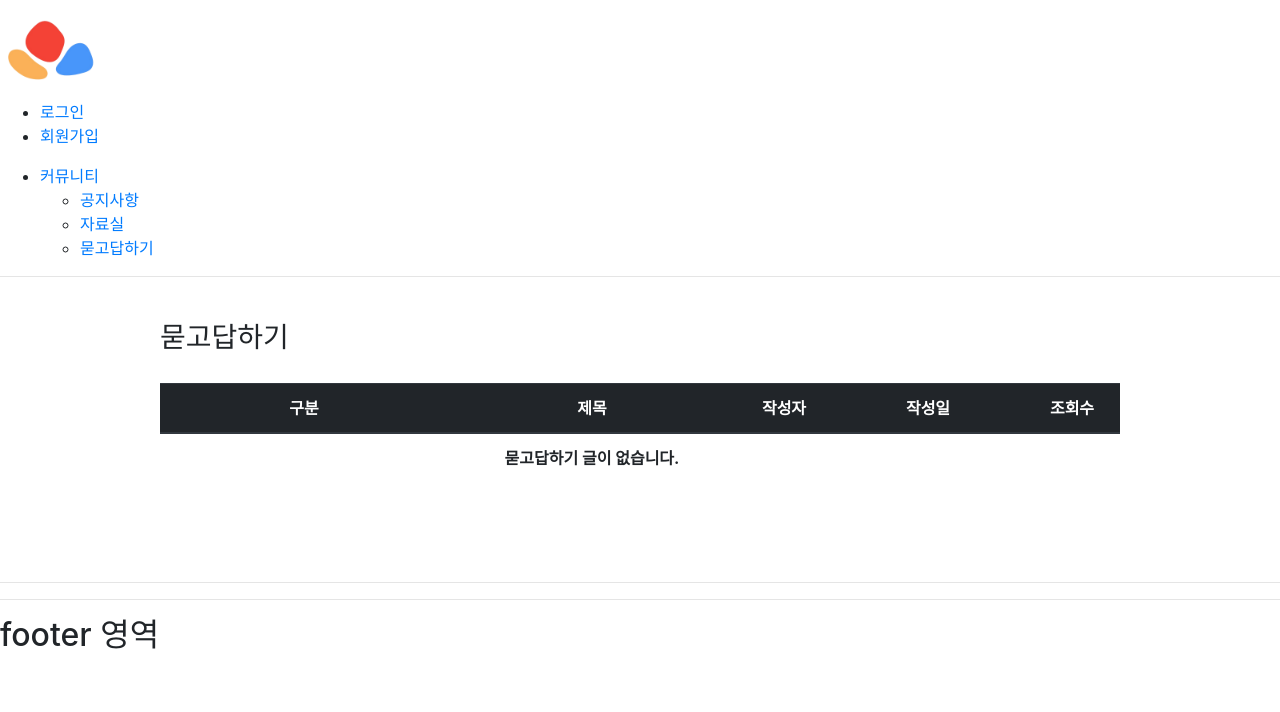
Repository: rnjsmj/pro01
Page: http://localhost/pro01/qna/qnaList.jsp
The author's editor kept a copy of each file at every save. The page is drawn from the files as they stood at one save, then again after the next save.
The browser window is 1280 px wide. The pictures show the whole page.
The page is served by Tomcat 9. Nobody is signed in. The application's start-up code is not run. The template is opened directly, without the code that normally fills it, so the values that code supplies are empty.

Above is the page before, as saved 2024-04-13 08:27:23.

After the next save:
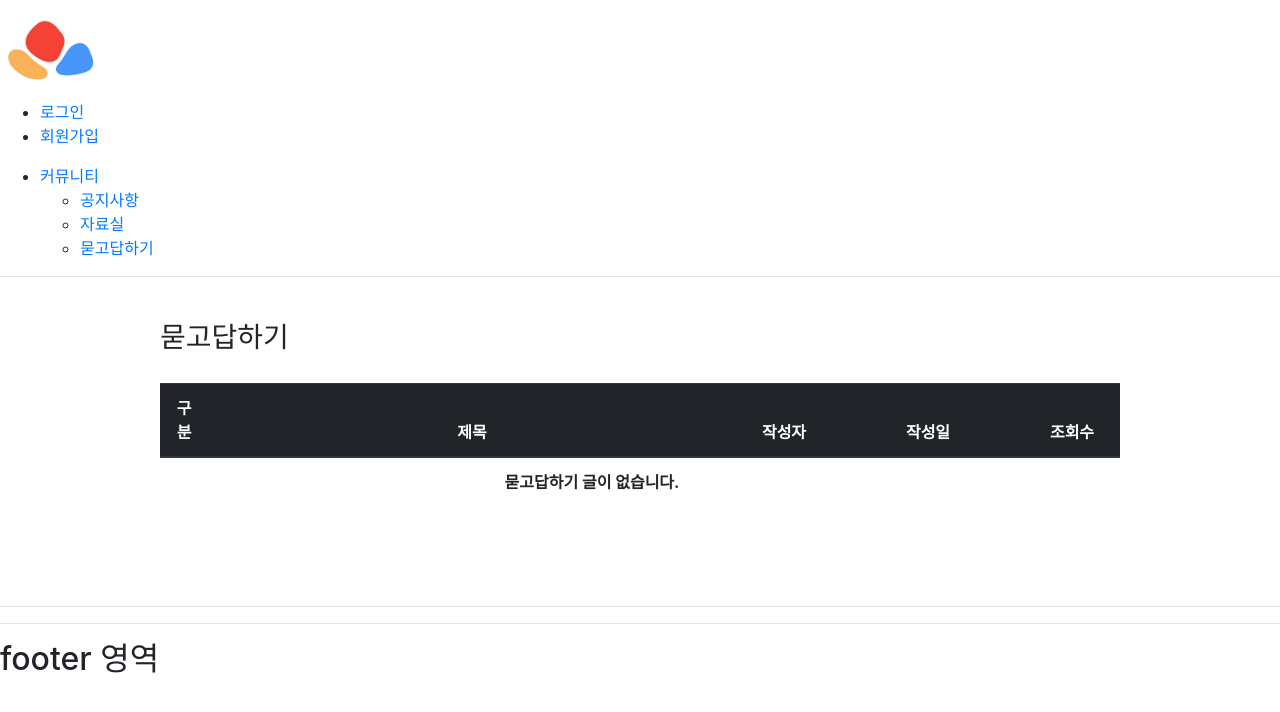
Saved 98 s later.
--- a/pro01/WebContent/qna/qnaList.jsp
+++ b/pro01/WebContent/qna/qnaList.jsp
@@ -19,7 +19,7 @@
 	.table {text-align:center; width:960px; margin: 0 auto; min-width:864px;}
 	.buttons { text-align:right; width:960px; margin : auto;}
 	.buttons a { margin-right:30px;}
-	.th-no {width:5%;}
+	.th-sep {width:5%;}
 	.th-aid{width:10%;}
 	.th-resdate{width:20%;}
 	.th-visited{width:10%}

After the save that followed:
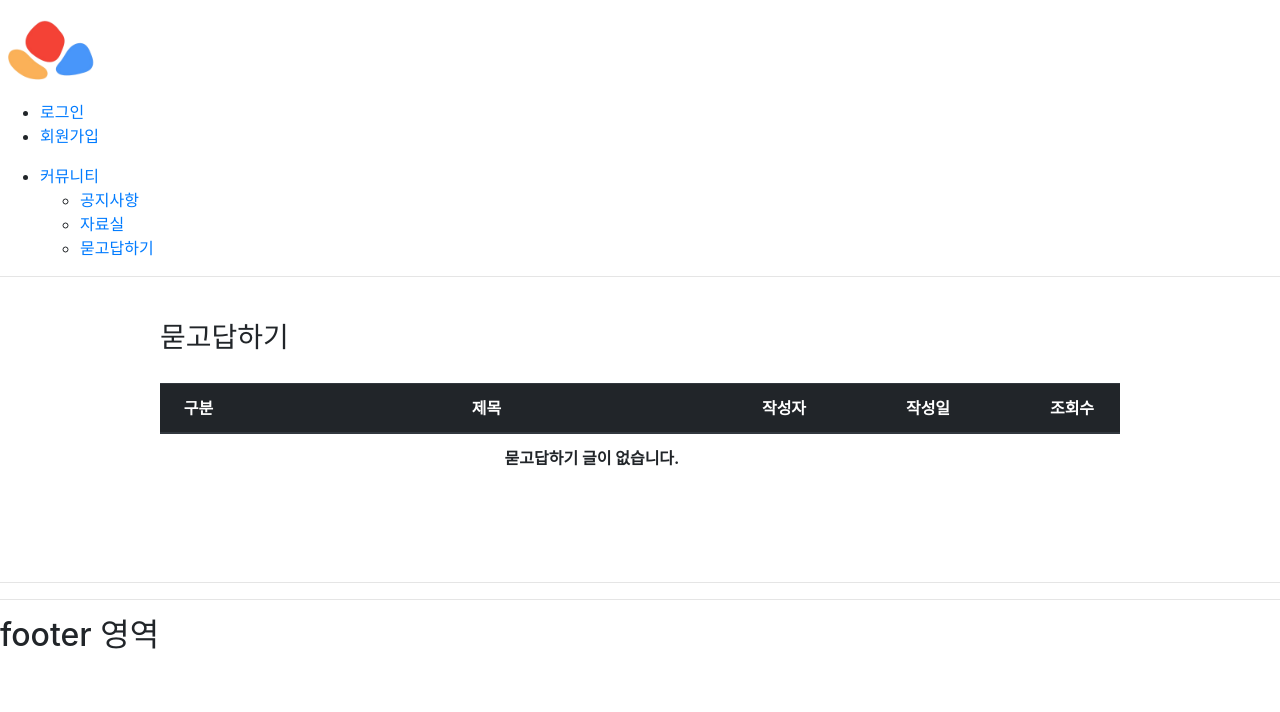
Saved 5 s later.
--- a/pro01/WebContent/qna/qnaList.jsp
+++ b/pro01/WebContent/qna/qnaList.jsp
@@ -19,7 +19,7 @@
 	.table {text-align:center; width:960px; margin: 0 auto; min-width:864px;}
 	.buttons { text-align:right; width:960px; margin : auto;}
 	.buttons a { margin-right:30px;}
-	.th-sep {width:5%;}
+	.th-sep {width:8%;}
 	.th-aid{width:10%;}
 	.th-resdate{width:20%;}
 	.th-visited{width:10%}
